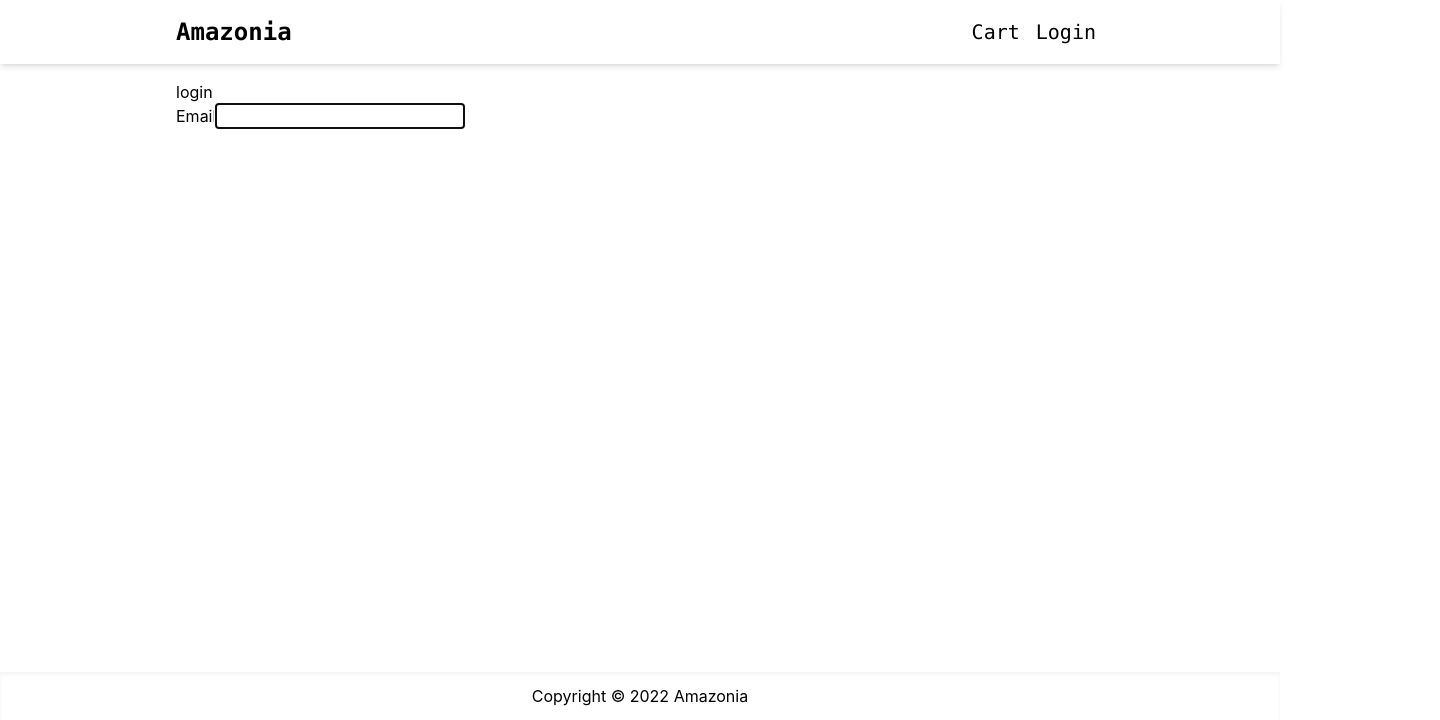
Repository: chidieb11/shop
Page: /login
These files come from the project's save history. The page is drawn as it stood at one moment and after the next save; the edit follows.
The browser window is 1280 px wide. The page is 1440 px wide, so the pictures cover 1440 px, including what lies to the right of the window. The pictures show the whole page.
The project was rebuilt for these pictures with package versions that can differ from the ones it lists, and the page was loaded fresh each time. The framework's server and built-in components were replaced by stand-ins that run in the browser. Also part of the build but not shown: next.config.js.

Above is the page before, as saved 2022-06-27 19:41:49.

### pages/_app.js
import "../styles/globals.css";
import { StoreProvider } from "../utils/Store";

function MyApp({ Component, pageProps }) {
  return (
    <StoreProvider>
      <Component {...pageProps} />
    </StoreProvider>
  );
}

export default MyApp;

### pages/login.js
import React from "react";
import { useForm } from "react-hook-form";
import Layout from "../components/Layout";

const Login = () => {
  const {
    register,
    handleSubmit,
    formState: { errors },
  } = useForm();
  const submitHandler = ({ email, password }) => {
    console.log(email, password);
  };

  return (
    <Layout title="Login">
      <form className="" onSubmit={handleSubmit(submitHandler)}>
        <h1>login</h1>
        <div className="mb-4">
          <label htmlFor="email">Email</label>
          <input
            type="email"
            {...register("email", {
              required: "Please Enter an Email!",
              pattern: {
                value: /^[a-zA-Z0-9_.+-]+@[a-zA-Z0-9-]+.[a-zA-Z0-9-.]+$/i,
                message: "Please Enter a Valid Email!",
              },
            })}
            className=""
            id="email"
            autoFocus
          />
          {errors.email && <div>{errors.email.message}</div>}
        </div>
      </form>
    </Layout>
  );
};

export default Login;

### styles/globals.css
@tailwind base;
@tailwind components;
@tailwind utilities;

html,
body {
  padding: 0;
  margin: 0;
  font-family: -apple-system, BlinkMacSystemFont, Segoe UI, Roboto, Oxygen,
    Ubuntu, Cantarell, Fira Sans, Droid Sans, Helvetica Neue, sans-serif;
}

a {
  color: inherit;
  text-decoration: none;
}

* {
  box-sizing: border-box;
}

.card {
  @apply mb-5 block rounded-lg border border-gray-200 shadow-md;
}

.primary-button {
  @apply rounded bg-amber-200 py-2 px-4 shadow outline-none hover:bg-amber-400 active:bg-amber-500;
}

### utils/Store.js
import Cookies from "js-cookie";
import { createContext, useReducer } from "react";

export const Store = createContext();

const initialState = {
  cart: Cookies.get("cart")
    ? JSON.parse(Cookies.get("cart"))
    : { cartItems: [] },
};

function reducer(state, action) {
  switch (action.type) {
    case "CART_ADD_ITEM": {
      const newItem = action.payload;
      const existingItem = state.cart.cartItems.find(
        (item) => item.slug === newItem.slug
      );
      const cartItems = existingItem
        ? state.cart.cartItems.map((item) =>
            item.name === existingItem.name ? newItem : item
          )
        : [...state.cart.cartItems, newItem];
      Cookies.set("cart", JSON.stringify({ ...state.cart, cartItems }));
      return { ...state, cart: { ...state.cart, cartItems } };
    }
    case "CART_REMOVE_ITEM": {
      const cartItems = state.cart.cartItems.filter(
        (item) => item.slug !== action.payload.slug
      );
      Cookies.set('cart',JSON.stringify({...state.cart,cartItems}))
      return { ...state, cart: { ...state.cart, cartItems } };
    }
    default:
      return state;
  }
}

export function StoreProvider({ children }) {
  const [state, dispatch] = useReducer(reducer, initialState);
  const value = { state, dispatch };
  return <Store.Provider value={value}>{children}</Store.Provider>;
}

### components/Layout.js
import Head from "next/head";
import Link from "next/link";
import React, { useContext, useEffect, useState } from "react";
import { Store } from "../utils/Store";

const Layout = ({ title, children }) => {
  const { state } = useContext(Store);
  const { cart } = state;
  const [cartItemCount, setCartItemCount] = useState(0);

  useEffect(() => {
    setCartItemCount(
      cart.cartItems.reduce(
        (accumulator, currentQuantity) =>
          accumulator + currentQuantity.quantity,
        0
      )
    );
  }, [cart.cartItems]);

  return (
    <>
      <Head>
        <title>{title ? title + "-Amazonia" : "Amazonia"}</title>
        <meta name="description" content="Ecommerce Website" />
        <link rel="icon" href="/favicon.ico" />
      </Head>

      <div className="flex min-h-screen flex-col justify-between">
        {/* Navbar */}
        <header className="top-0 sticky shadow-md">
          <nav className="flex justify-between items-center px-4 sm:mx-40 h-16">
            <Link href="/">
              <a className="text-2xl font-bold font-mono capitalize">
                amazonia
              </a>
            </Link>
            <div>
              <Link href="cart">
                <a className="p-2 capitalize text-xl font-mono">
                  cart
                  {cartItemCount > 0 && (
                    <span className="ml-1 rounded-full bg-red-600 text-white px-2 pt-1 text-center font-bold text-xs">
                      {cartItemCount}
                    </span>
                  )}
                </a>
              </Link>
              <Link href="login">
                <a className="text-xl font-mono p-2">Login</a>
              </Link>
            </div>
          </nav>
        </header>

        {/* Main */}
        <main className="container m-auto mx-40 mt-4 px-4">{children}</main>

        {/* Footer */}
        <footer className="flex justify-center items-center shadow-inner h-12">
          <p>Copyright &copy; 2022 Amazonia</p>
        </footer>
      </div>
    </>
  );
};

export default Layout;

Loaded but not shown: tailwind.config.js (common file)

After the next save:
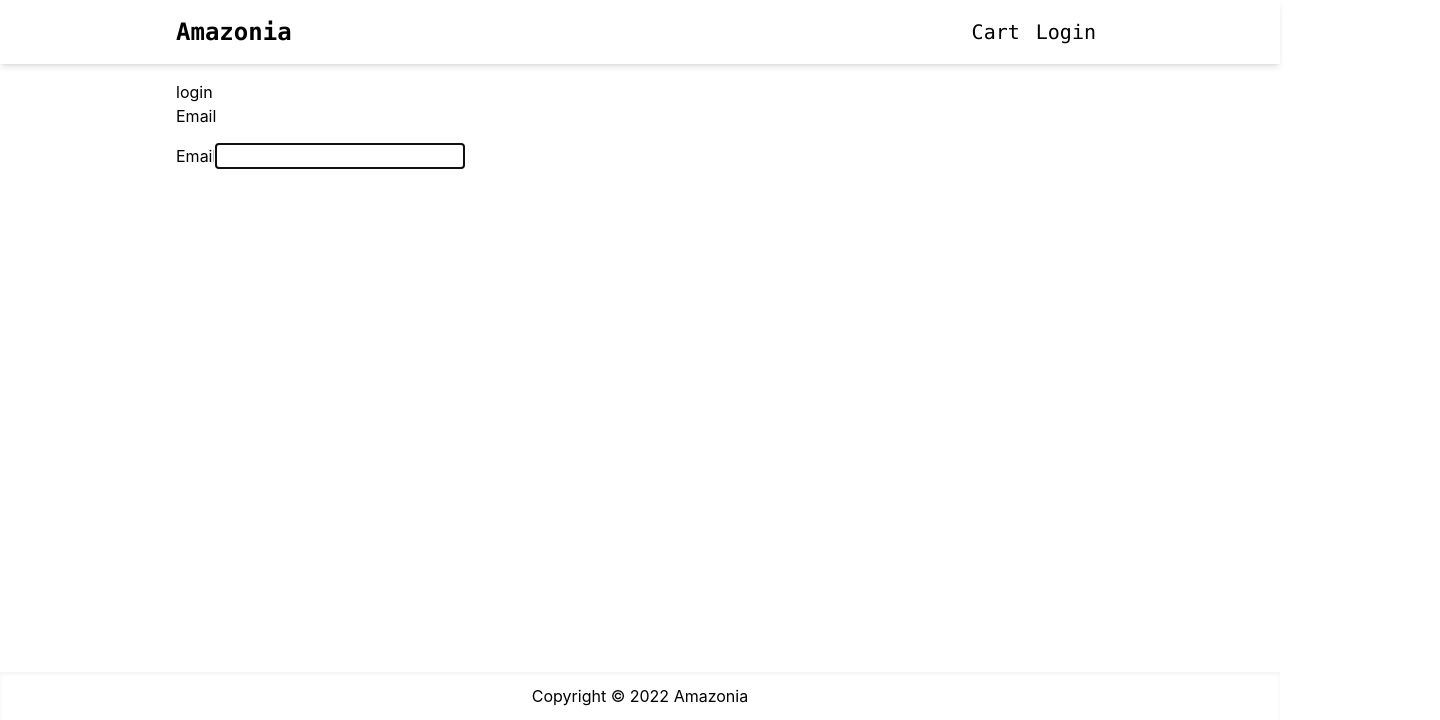
Saved 9 s later.
--- a/pages/login.js
+++ b/pages/login.js
@@ -33,6 +33,23 @@ const Login = () => {
           />
           {errors.email && <div>{errors.email.message}</div>}
         </div>
+        <div className="mb-4">
+          <label htmlFor="email">Email</label>
+          <input
+            type="email"
+            {...register("email", {
+              required: "Please Enter an Email!",
+              pattern: {
+                value: /^[a-zA-Z0-9_.+-]+@[a-zA-Z0-9-]+.[a-zA-Z0-9-.]+$/i,
+                message: "Please Enter a Valid Email!",
+              },
+            })}
+            className=""
+            id="email"
+            autoFocus
+          />
+          {errors.email && <div>{errors.email.message}</div>}
+        </div>
       </form>
     </Layout>
   );
